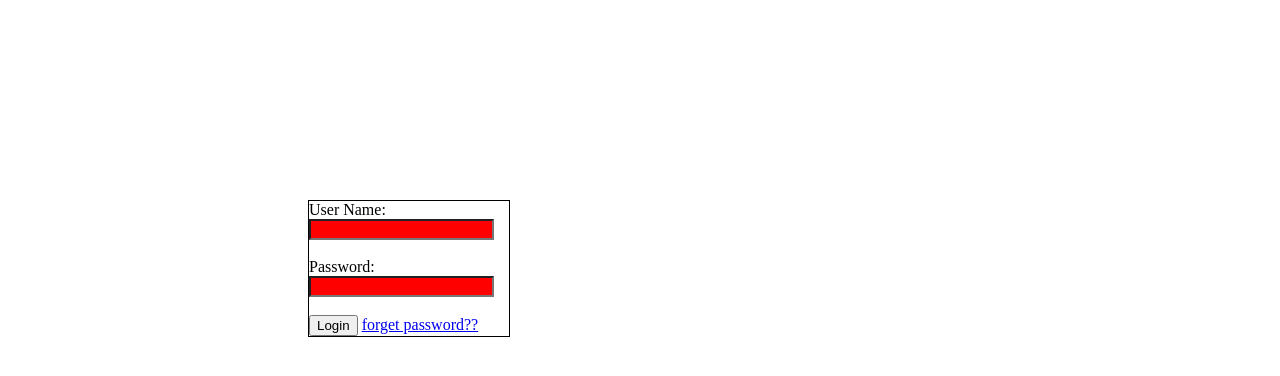
Repository: AmritOjha01/sms
Page: http://localhost/StudentManagementSystem/UserController?action=listUser
An editor plug-in stored every save of this project. The page is shown before and after the next save, followed by the edit.
The browser window is 1280 px wide. The pictures show the whole page.
The page is served by Tomcat 9.

Above is the page before, as saved 2017-03-27 11:28:13.

After the next save:
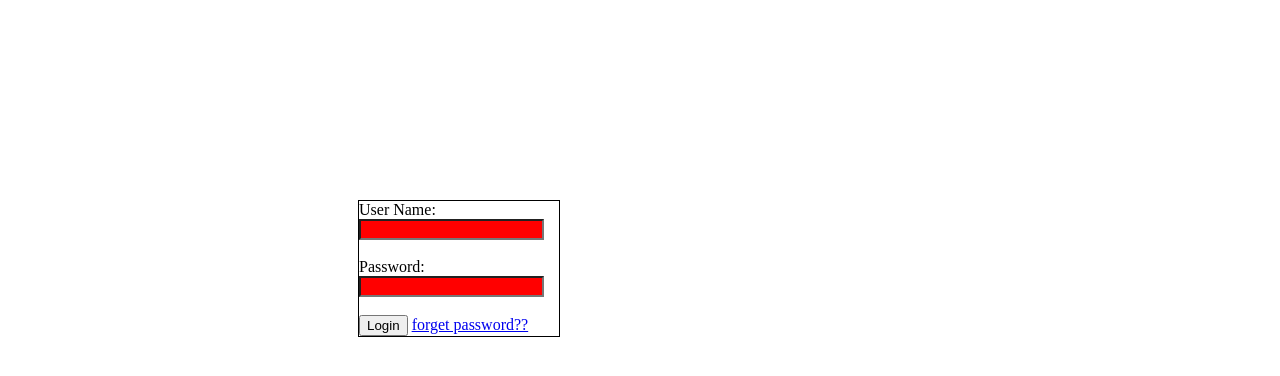
Saved 34 s later.
--- a/StudentManagementSystem/WebContent/resources/customcss/demo.css
+++ b/StudentManagementSystem/WebContent/resources/customcss/demo.css
@@ -3,7 +3,7 @@
 	width: 200px;
 	border-width: 1px;
 	border-style: solid;
-	margin: 200px 0px 0px 300px;
+	margin: 200px 0px 0px 350px;
 }
 .css-style {
 	background-color: red
